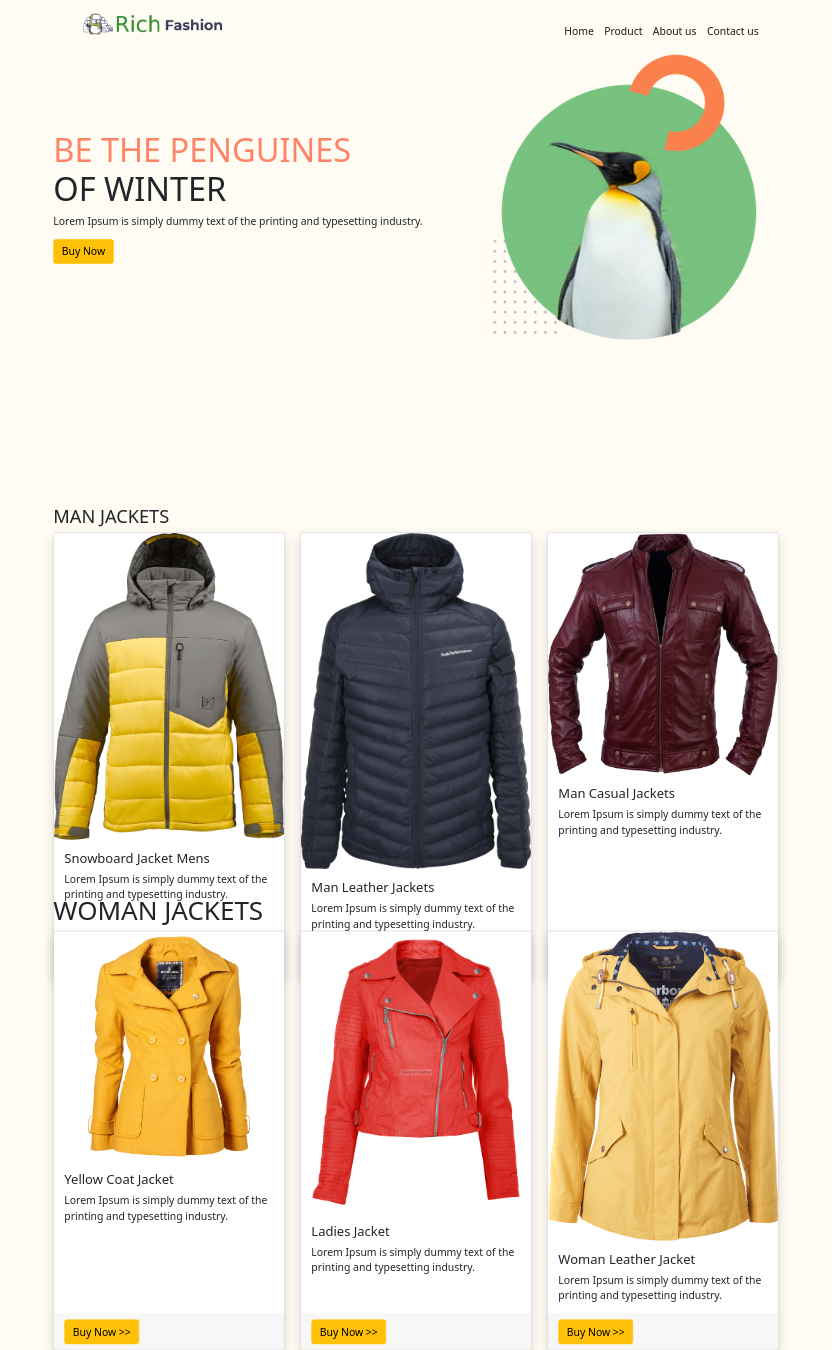
Repository: sabbircse3/fashion
Page: index.html
These files come from the project's save history. The page is drawn as it stood at one moment and after the next save; the edit follows.
The browser window is 1280 px wide. The pictures show the whole page, at 65% of full size.

Above is the page before, as saved 2021-01-14 02:46:10.

### index.html
<!DOCTYPE html>
<html lang="en">
<head>
    <meta charset="UTF-8">
    <meta name="viewport" content="width=device-width, initial-scale=1.0">
    <title>Rich Fashion</title>

    <link rel="stylesheet" href="css/bootstrap.min.css">
    <style>
        .bg{
            background-color: #fffbf0be;
        }
        #hmenu{
            margin: 20px 0px 0px 500px;
        }
        .half-width{
            width: 35%;
            float: left;
            margin-left: 9%;
            padding-left: 2%;
        }
        .half-width h1{
            margin-top: 150px;
        }
        .half-width img{
            width: 100%;
        }
        section{
            height: 550px;
        }
        h1{
            font-size: 50px;
        }
        h2{
            font-size: 40px;
        }
        .name-highlight{
            color: #FF8367;
        }
        .mt-5{
            padding-top: 200px;

            position: relative;
        }

    </style>
</head>
<body class="bg">
    <header class="container">

        <nav class="navbar navbar-expand-lg navbar-light ">
            <div class="container-fluid">

              <a class="navbar-brand" href="#"><img src="images/Group 33072.png" alt="" width="250px"></a>

              <button class="navbar-toggler" type="button" data-bs-toggle="collapse" data-bs-target="#navbarNavAltMarkup" aria-controls="navbarNavAltMarkup" aria-expanded="false" aria-label="Toggle navigation">
                <span class="navbar-toggler-icon"></span>
              </button>

              <div class="collapse navbar-collapse hmenu"navbarNavAltMarkup">

                <div  class="navbar-nav" id="hmenu" >
                  <a class="nav-link active" aria-current="page" href="#">Home</a>
                  <a class="nav-link active" href="#">Product</a>
                  <a class="nav-link active" href="#">About us</a>
                  <a class="nav-link active" href="#" tabindex="-1" aria-disabled="true">Contact us</a>
                </div>
              </div>
            </div>
          </nav>
    </header>


    <div class="container">
        <div id="carouselExampleControls" class="carousel slide orange-bg" data-ride="carousel">
            <div class="carousel-inner">
              <div class="carousel-item active">
                <div class="row align-items-center">
                    <div class="col-md-7">
                        <h1><span class="name-highlight">BE THE PENGUINES <br></span>OF WINTER</h1>
                        <p>Lorem Ipsum is simply dummy text of the printing and typesetting industry.</p>
                        <button class="btn btn-warning">Buy Now</button>
                    </div>
                    <div class="col-md-5">
                        <img src="images/penguin.png" class="d-block w-100" alt="...">
                    </div>
                </div>



            </div>

          </div>
    </div>

    <section class="mt-5">
        <h3>MAN JACKETS</h3>
        <div class="row row-cols-1 row-cols-md-3 g-4">
            <div class="col">
                <div class="card h-100 shadow">
                    <img src="images/image 11.png" class="card-img-top" alt="...">
                    <div class="card-body">
                        <h5 class="card-title">Snowboard Jacket Mens</h5>
                        <p class="card-text">Lorem Ipsum is simply dummy text of the printing and typesetting industry.</p>
                    </div>
                    <div class="card-footer">
                        <button class="btn btn-warning">Buy Now >></button>
                    </div>
                </div>
            </div>
            <div class="col">
                <div class="card h-100 shadow">
                    <img src="images/toppng 1.png" class="card-img-top" alt="...">
                    <div class="card-body">
                        <h5 class="card-title">Man Leather Jackets</h5>
                        <p class="card-text">Lorem Ipsum is simply dummy text of the printing and typesetting industry.</p>
                    </div>
                    <div class="card-footer">
                        <button class="btn btn-warning">Buy Now >></button>
                    </div>
                </div>
            </div>
            <div class="col">
                <div class="card h-100 shadow">
                    <img src="images/vippng 1.png" class="card-img-top" alt="...">
                    <div class="card-body">
                        <h5 class="card-title">Man Casual Jackets</h5>
                        <p class="card-text">Lorem Ipsum is simply dummy text of the printing and typesetting industry.</p>
                    </div>
                    <div class="card-footer">
                        <button class="btn btn-warning">Buy Now >></button>
                    </div>
                </div>
            </div>
        </div>
    </section>

    <section class="mt-5">
        <h2>WOMAN JACKETS</h2>
        <div class="row row-cols-1 row-cols-md-3 g-4">
            <div class="col">
                <div class="card h-100 shadow">
                    <img src="images/SeekPng 1.png" class="card-img-top" alt="...">
                    <div class="card-body">
                        <h5 class="card-title">Yellow Coat Jacket</h5>
                        <p class="card-text">Lorem Ipsum is simply dummy text of the printing and typesetting industry.</p>
                    </div>
                    <div class="card-footer">
                        <button class="btn btn-warning">Buy Now >></button>
                    </div>
                </div>
            </div>
            <div class="col">
                <div class="card h-100 shadow">
                    <img src="images/image 15.png" class="card-img-top" alt="...">
                    <div class="card-body">
                        <h5 class="card-title">Ladies Jacket</h5>
                        <p class="card-text">Lorem Ipsum is simply dummy text of the printing and typesetting industry.</p>
                    </div>
                    <div class="card-footer">
                        <button class="btn btn-warning">Buy Now >></button>
                    </div>
                </div>
            </div>
            <div class="col">
                <div class="card h-100 shadow">
                    <img src="images/PngItem_2597366 1.png" class="card-img-top" alt="...">
                    <div class="card-body">
                        <h5 class="card-title">Woman Leather Jacket</h5>
                        <p class="card-text">Lorem Ipsum is simply dummy text of the printing and typesetting industry.</p>
                    </div>
                    <div class="card-footer">
                        <button class="btn btn-warning">Buy Now >></button>
                    </div>
                </div>
            </div>
        </div>
    </section>


    <script src="js/bootstrap.min.js"></script>
</body>
</html>

Loaded but not shown: css/bootstrap.min.css (library); js/bootstrap.min.js (library)

After the next save:
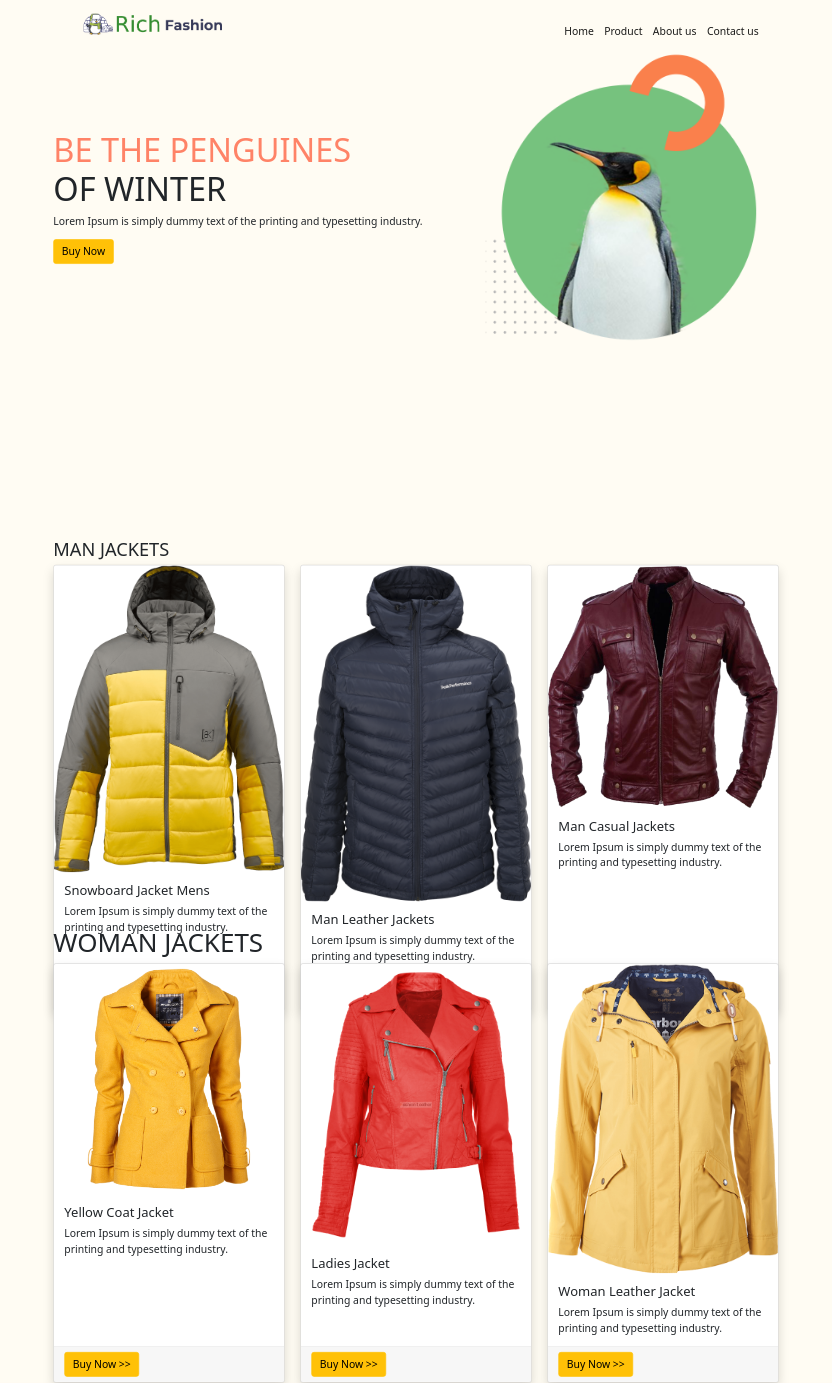
Saved 22 s later.
--- a/index.html
+++ b/index.html
@@ -38,7 +38,7 @@
             color: #FF8367;
         }
         .mt-5{
-            padding-top: 200px;
+            padding-top: 250px;
 
             position: relative;
         }
